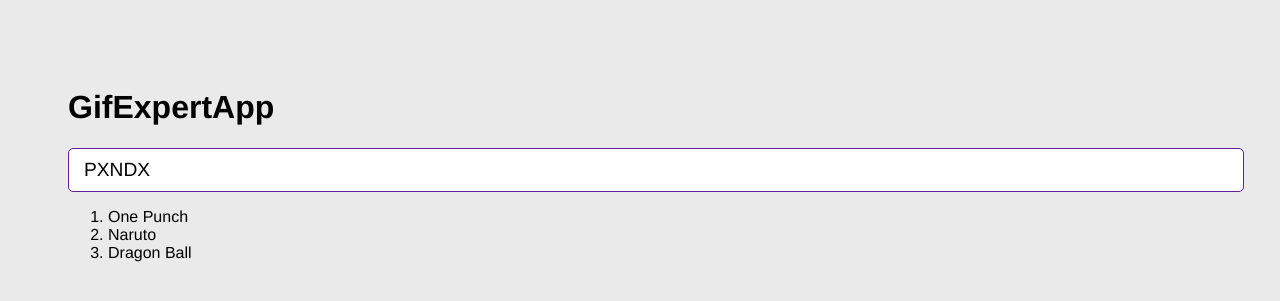
Repository: AlanColliDev/CursoReact
Page: /
These files come from the project's save history. The page is drawn as it stood at one moment and after the next save; the edit follows.
The browser window is 1280 px wide. The pictures show the whole page.
The project was rebuilt for these pictures with package versions that can differ from the ones it lists, and the page was loaded fresh each time. Also part of the build but not shown: vite.config.js.

Above is the page before, as saved 2022-07-08 01:45:14.

After the next save:
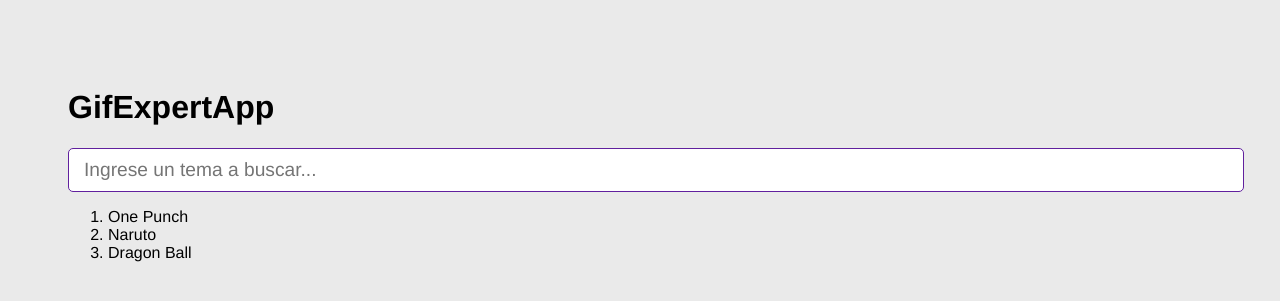
Saved 2 min 24 s later.
--- a/src/AddCategory.jsx
+++ b/src/AddCategory.jsx
@@ -3,7 +3,7 @@
 
 export const AddCategory = ({ HandleAddCategory }) => {
 
-    const [category, setCategory] = useState('PXNDX');
+    const [category, setCategory] = useState('');
 
     const OnChangeCategory = (e) => {
         setCategory(e.target.value);
